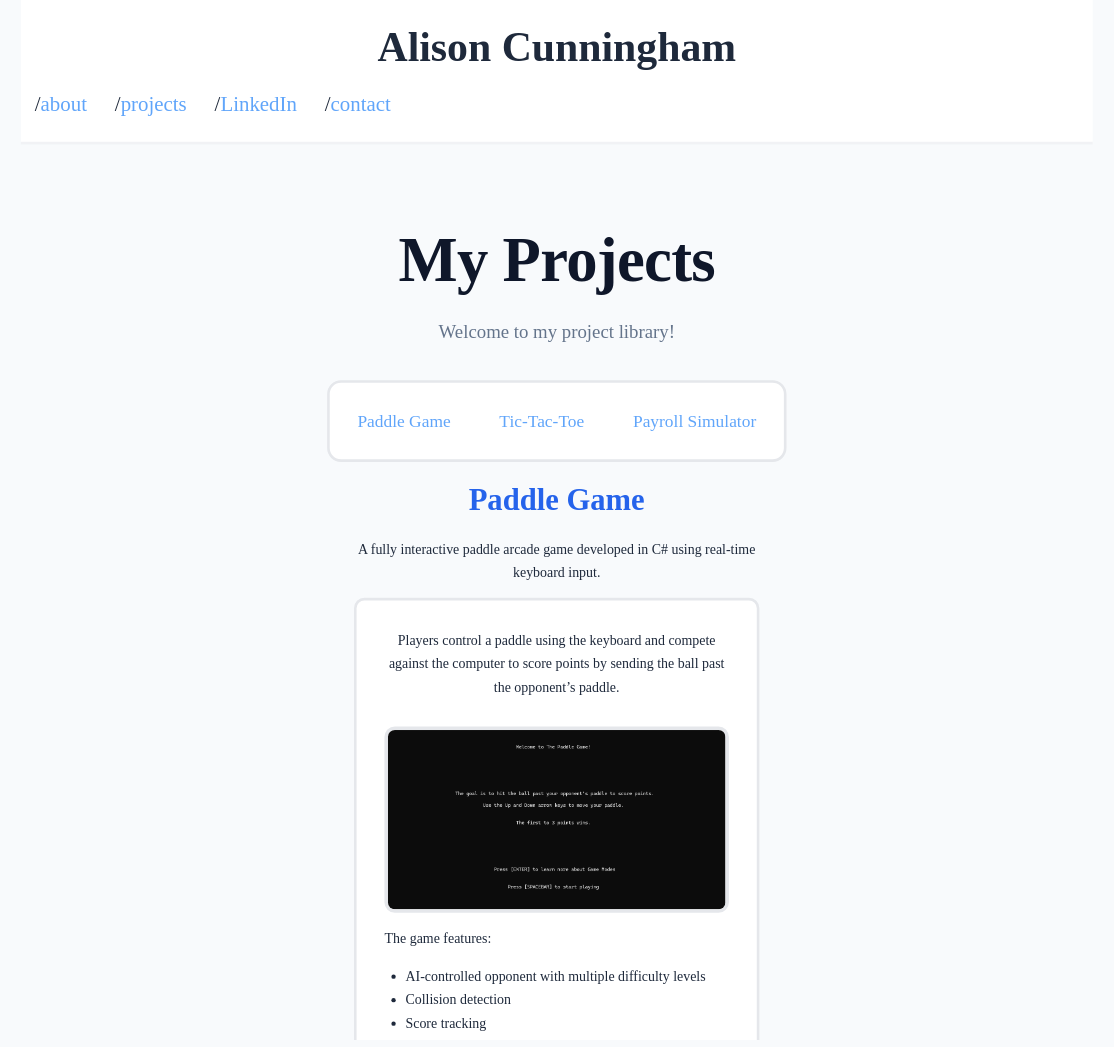
Repository: alison-cunningham/alison-cunningham
Page: pages/main-projects-page.html
The author's editor kept a copy of each file at every save. The page is drawn from the files as they stood at one save, then again after the next save.
The browser window is 1280 px wide. The pictures show the whole page, at 87% of full size.
Some web fonts or font styles are not loaded; a fallback is used.

Above is the page before, as saved 2026-05-12 20:44:14.

After the next save:
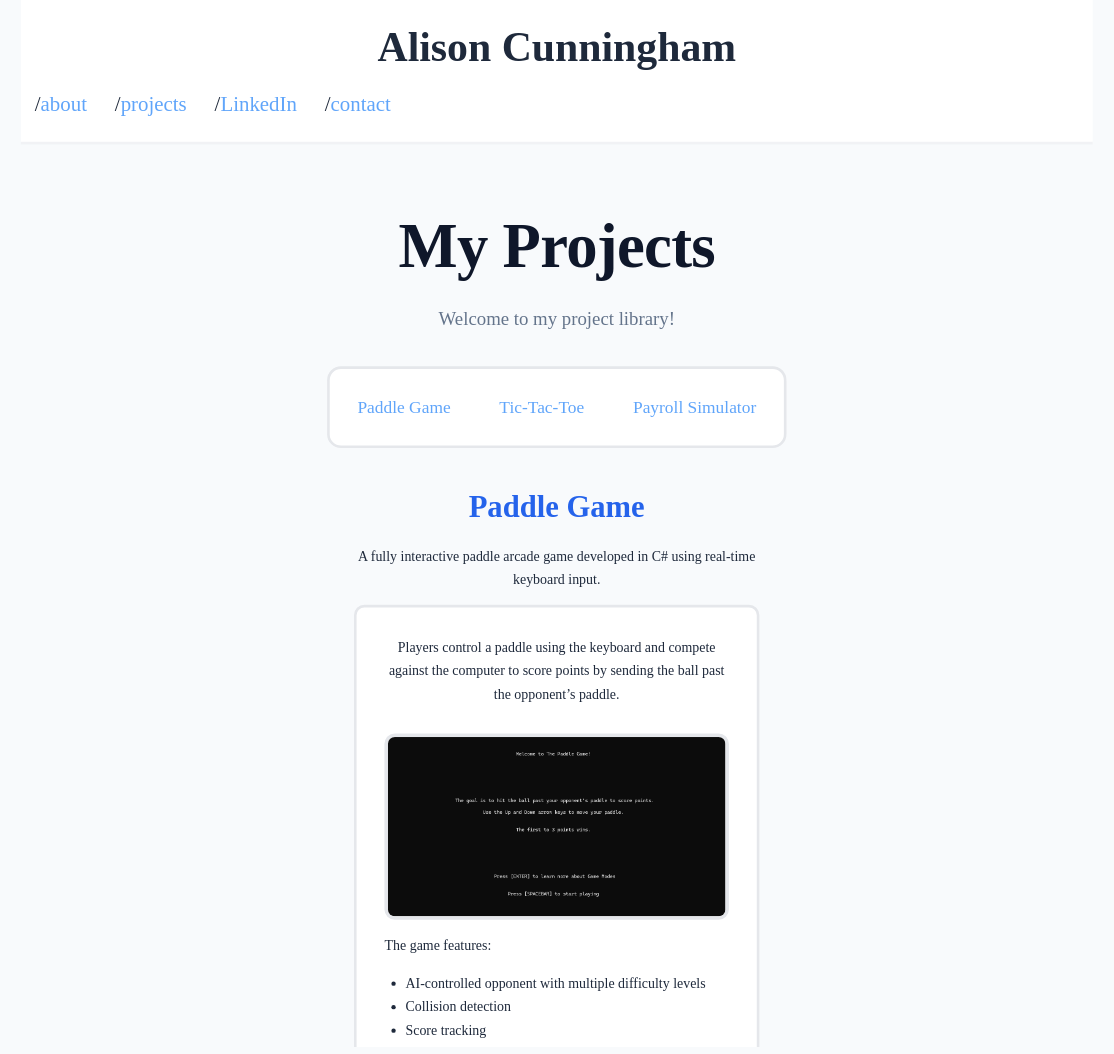
Saved 4 min 4 s later.
--- a/styles/pages.css
+++ b/styles/pages.css
@@ -160,9 +160,6 @@ iframe{
 }
 
 @media (min-width: 768px){
-    .main-header{
-        padding-top: 1rem;
-    }
 
     .main-header h2{
         font-size: 3.5rem;
@@ -226,6 +223,12 @@ iframe{
         font-size: 3.2rem;
     }
 
+    .project-layout{
+        display: flex;
+        flex-direction: column;
+        gap: 1.5rem;
+    }
+
     iframe{
         min-height: 90vh;
     }
